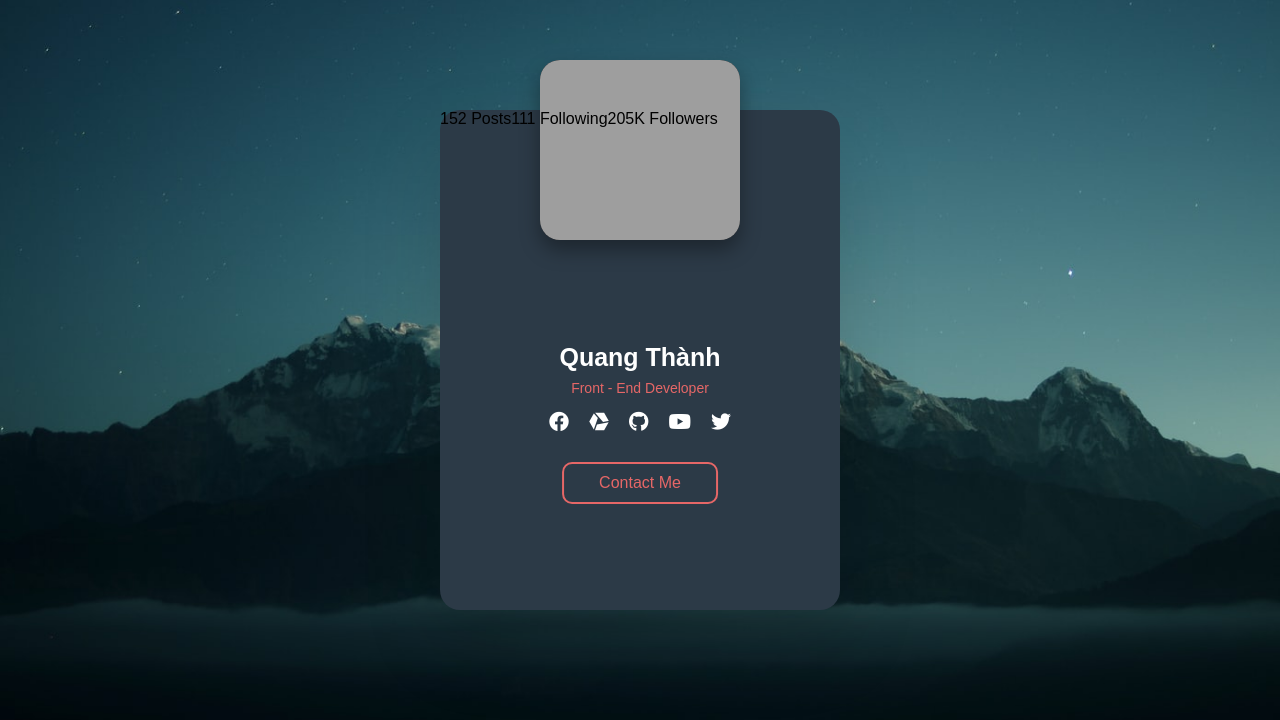
Repository: QuangThanh152/Profile-me
Page: index.html
The author's editor kept a copy of each file at every save. The page is drawn from the files as they stood at one save, then again after the next save.
The browser window is 1280 px wide. The pictures show the whole page.
Pictures or frames that could not be fetched are drawn as grey boxes.

Above is the page before, as saved 2022-10-07 15:52:57.

### index.html
<!DOCTYPE html>
<html lang="en">
<head>
    <meta charset="UTF-8">
    <meta http-equiv="X-UA-Compatible" content="IE=edge">
    <meta name="viewport" content="width=device-width, initial-scale=1.0">
    <link rel="stylesheet" href="./accets/font/fontawesome-free-6.1.2-web/css/all.min.css">
    <link rel="stylesheet" href="./accets/main.css">
    <title>Profile-QT</title>
</head>
<body>
    <div class="card">
        <div class="card-header">
            <img src="./accets/img/IMG_20220202_135645.jpg" alt="" class="img-me">
        </div>
        <div class="content">
            <div class="name">Quang Thành</div>
            <div class="desc">Front - End Developer</div>
            <div class="SocialNetwork">
                <a href="" class="icon"><i class="fa-brands fa-facebook"></i></a>
                <a href="" class="icon"><i class="fa-brands fa-instalod"></i></i></a>
                <a href="" class="icon"><i class="fa-brands fa-github"></i></i></a>
                <a href="" class="icon"><i class="fa-brands fa-youtube"></i></i></a>
                <a href="" class="icon"><i class="fa-brands fa-twitter"></i></i></a>
            </div>
            <a href="" class="btn-contact">Contact Me</a>
        </div>
        <div class="card-footer">
            <div class="number">
                <div class="item">
                    <span>152</span>
                    Posts
                </div>
            </div>
            <div class="number">
                <div class="item">
                    <span>111</span>
                    Following
                </div>
            </div>
            <div class="number">
                <div class="item">
                    <span>205K</span>
                    Followers
                </div>
            </div>
        </div>
    </div>
</body>
</html>

### accets/main.css
* {
    padding: 0;
    margin: 0;
    box-sizing: border-box;
    font-family: 'Poppins', sans-serif;
    text-decoration: none;
}

body {
    min-height: 100vh;
    background: url(/accets/img/img-big.jpg) no-repeat center;
    background-size: cover;
    display: flex;
    justify-content: center;
    align-items: center;
}

.card {
    position: relative;
    width: 400px;
    /* height: 190px; */
    height: 500px;
    border-radius: 20px;
    background: #2c3a47;
    transition: 0.2s;
    box-shadow: 0 35px 80px rgba(0,0,0,0.15);
}
.card:hover {
    height: 500px;
}
.card-header {
    position: absolute;
    background: rgb(21, 19, 19);
    left: 50%;
    top: -50px;
    transform: translateX(-50%);
    width: 200px;
    height: 180px;
    border-radius: 20px;
    box-shadow: 0 10px 20px rgba(0,0,0,0.35);
    overflow: hidden;
    transition: 0.3s;
}
.card:hover .card-header {
    width: 250px;
    height: 250px;
    transition: 0.2s;
}
.img-me {
    position: absolute;
    top: 0;
    left: 0;
    width: 100%;
    height: 100%;
    object-fit: cover;
}
.content {
    position: absolute;
    top: 45%;
    text-align: center;
    align-items: center;
    left: 50%;
    transform: translateX(-50%);
}
.name {
    font-size: 25px;
    font-weight: 600;
    padding: 8px;
    color: #fff;
}
.desc {
    font-size: 14px;
    padding: 0 0 15px 0;
    color: #e66767;
}
.SocialNetwork {
    display: flex;
    justify-content: center;
    margin: 0 0 18px 0;
}
.SocialNetwork a{
    font-size: 20px;
    color: white;
    padding: 0 10px 0;
}
.SocialNetwork a:hover {
    color: #e66767;
}

.btn-contact {
    display: inline-block;
    font-size: 16px;
    padding: 10px 35px;
    border: 2px solid #e66767;
    border-radius: 10px;
    color: #e66767;
    margin-top: 10px;
}
.btn-contact:hover {
    background-color: #e66767;
    color: #f2f2f2;
}
.card-footer{
    position: absolute;
    display: flex;
    justify-content: center;
    align-items: center;
}
.number{

}
.item{

}

Loaded but not shown: accets/font/fontawesome-free-6.1.2-web/css/all.min.css (library)

After the next save:
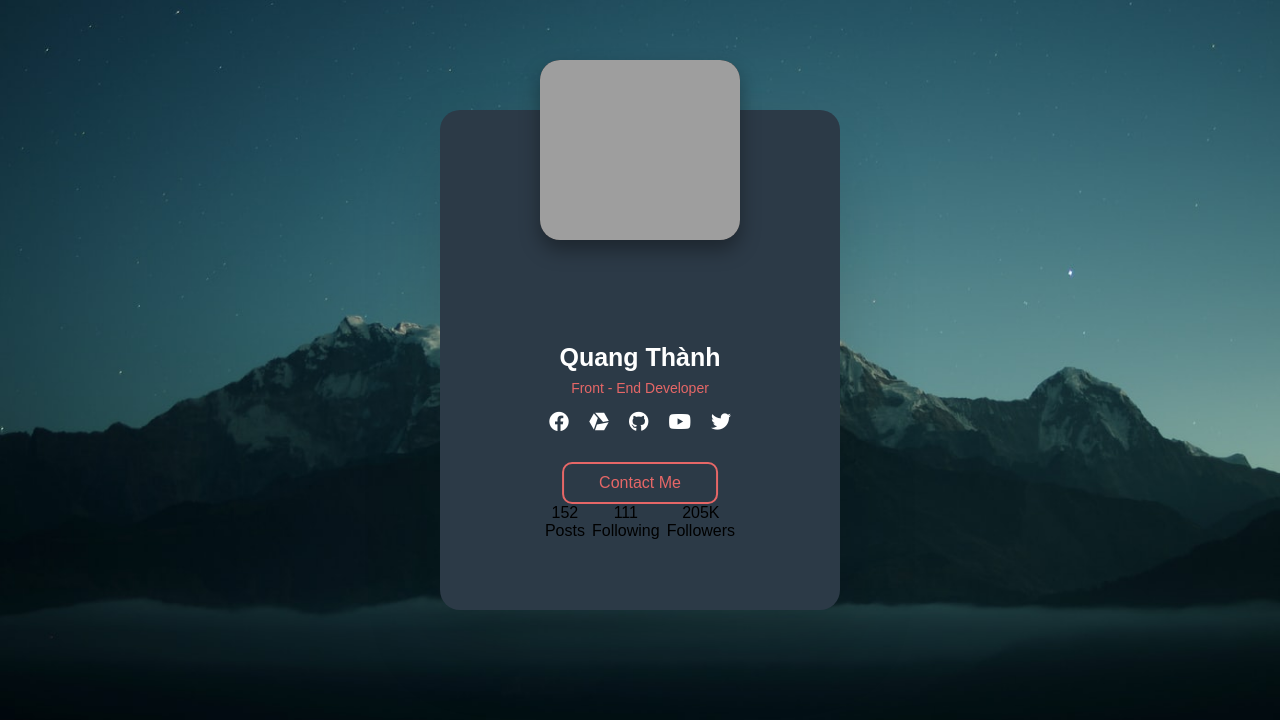
Saved 2 min 29 s later.
--- a/index.html
+++ b/index.html
@@ -24,27 +24,28 @@
                 <a href="" class="icon"><i class="fa-brands fa-twitter"></i></i></a>
             </div>
             <a href="" class="btn-contact">Contact Me</a>
-        </div>
-        <div class="card-footer">
-            <div class="number">
-                <div class="item">
-                    <span>152</span>
-                    Posts
+            <div class="card-footer">
+                <div class="number">
+                    <div class="item">
+                        <span>152</span>
+                        Posts
+                    </div>
                 </div>
-            </div>
-            <div class="number">
-                <div class="item">
-                    <span>111</span>
-                    Following
+                <div class="number">
+                    <div class="item">
+                        <span>111</span>
+                        Following
+                    </div>
                 </div>
-            </div>
-            <div class="number">
-                <div class="item">
-                    <span>205K</span>
-                    Followers
+                <div class="number">
+                    <div class="item">
+                        <span>205K</span>
+                        Followers
+                    </div>
                 </div>
             </div>
         </div>
+
     </div>
 </body>
 </html>

After the save that followed:
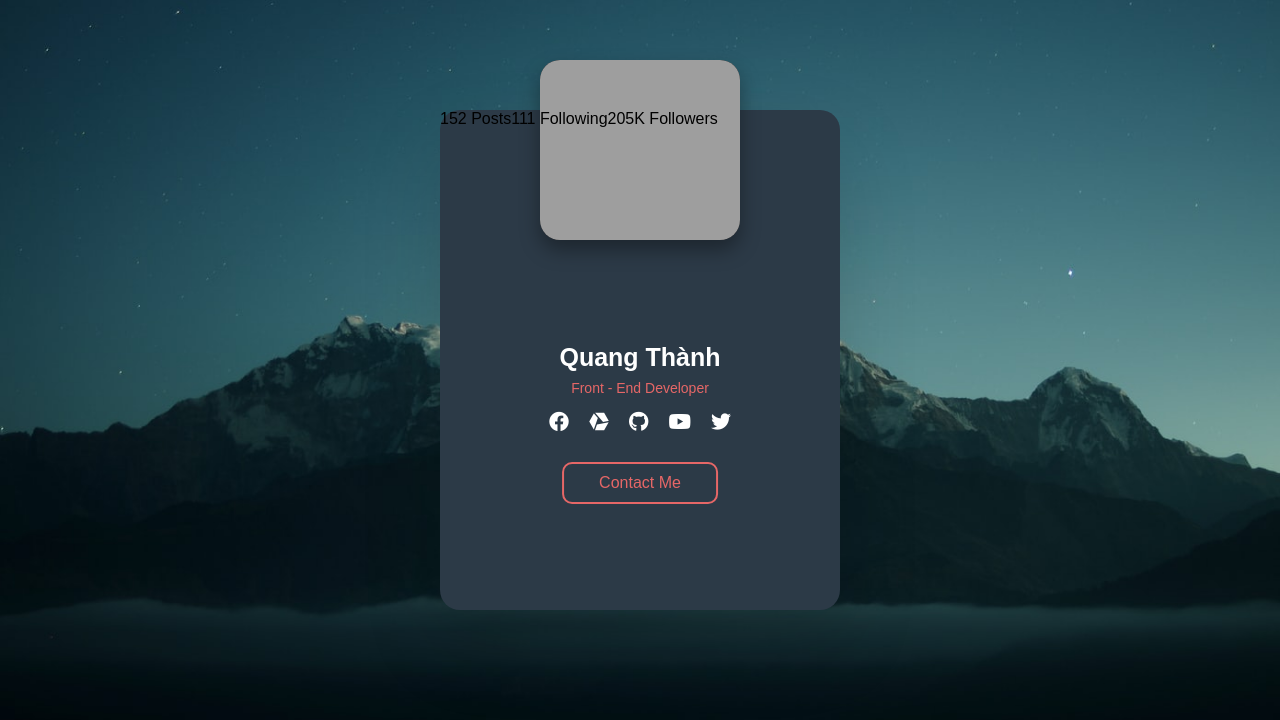
Saved 83 s later.
--- a/index.html
+++ b/index.html
@@ -24,28 +24,27 @@
                 <a href="" class="icon"><i class="fa-brands fa-twitter"></i></i></a>
             </div>
             <a href="" class="btn-contact">Contact Me</a>
-            <div class="card-footer">
-                <div class="number">
-                    <div class="item">
-                        <span>152</span>
-                        Posts
-                    </div>
+        </div>
+        <div class="card-footer">
+            <div class="number">
+                <div class="item">
+                    <span>152</span>
+                    Posts
                 </div>
-                <div class="number">
-                    <div class="item">
-                        <span>111</span>
-                        Following
-                    </div>
+            </div>
+            <div class="number">
+                <div class="item">
+                    <span>111</span>
+                    Following
                 </div>
-                <div class="number">
-                    <div class="item">
-                        <span>205K</span>
-                        Followers
-                    </div>
+            </div>
+            <div class="number">
+                <div class="item">
+                    <span>205K</span>
+                    Followers
                 </div>
             </div>
         </div>
-
     </div>
 </body>
 </html>
